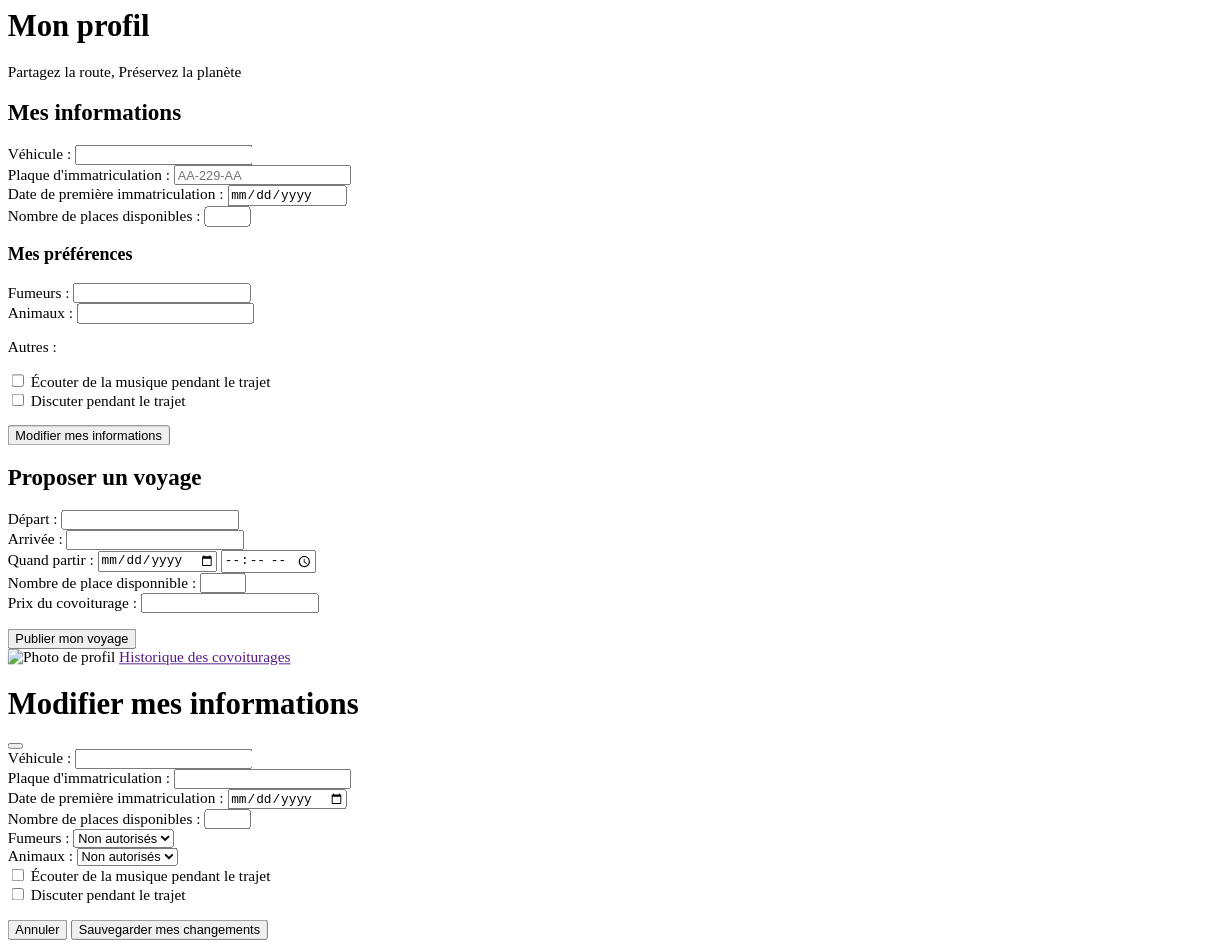
Repository: lemonhao9/ECF
Page: pages/auth/profile.html
An editor plug-in stored every save of this project. The page is shown before and after the next save, followed by the edit.
The browser window is 1280 px wide. The pictures show the whole page, at 96% of full size.

Above is the page before, as saved 2025-02-17 15:42:53.

### pages/auth/profile.html
<div class="hero-scene text-center text-secondary">
    <div class="hero-scene-content">
        <h1>Mon profil</h1>
        <p>Partagez la route, Préservez la planète</p>
    </div>
</div>

<div class="container pt-3 mt-2 mb-2 col-md-6 col-lg-4" data-show="driver passengerDriver">
    <div class="card text-center bg-dark text-light row justify-content-center mb-5">
        <div>
            <h2 class="text-secondary pt-3">Mes informations</h2>
        </div>
        <div>
                <form>
                <div class="p-4">
                    <div class="mb-3 ms-5 d-flex align-items-center justify-content-start">
                        <label for="vehiculeInput" class="form-label text-light me-3">Véhicule :</label>
                        <input type="text" class="form-control w-auto me-3" id="vehiculeInput" readonly>
                    </div>
                    <div class="mb-3 ms-5 me-3 d-flex align-items-center justify-content-start">
                        <label for="plaqueInput" class="form-label text-light">Plaque d'immatriculation :</label>
                        <input type="text" class="form-control w-auto ms-3" id="plaqueInput" placeholder="AA-229-AA" readonly>
                    </div>
                    <div class="mb-3 ms-5 d-flex align-items-center justify-content-start">
                        <label for="dateImmatInput" class="form-label text-light">Date de première immatriculation :</label>
                        <input type="date" class="form-control w-auto ms-3" id="dateImmatInput" readonly>
                    </div>
                    <div class="mb-3 ms-5 d-flex align-items-center justify-content-start">
                        <label for="placesDispInput" class="form-label text-light">Nombre de places disponibles :</label>
                        <input type="number" class="form-control w-auto ms-3" id="placesDispInput" min="1" max="5" readonly>
                    </div>
                </div>
                    <div>
                        <h3 class="text-secondary">Mes préférences</h3>
                    </div>
                    <div class="mb-3 d-flex align-items-center justify-content-center">
                        <label for="fumeursInput" class="form-check-label">Fumeurs :</label>
                        <input type="text" class="form-control w-auto ms-3" id="fumeursInput" readonly>
                    </div>
                    <div class="mb-3 d-flex align-items-center justify-content-center">
                        <label for="animauxInput" class="form-check-label">Animaux :</label>
                        <input type="text" class="form-control w-auto ms-3" id="animauxInput" readonly>
                    </div>
                    <p class="text-secondary">Autres :</p>
                    <div class="mb-3">
                        <input type="checkbox" class="form-check-input" id="musicInput">
                        <label for="musicInput" class="form-check-label">Écouter de la musique pendant le trajet</label>
                    </div>
                    <div class="mb-3">
                        <input type="checkbox" class="form-check-input" id="speakInput">
                        <label for="speakInput" class="form-check-label">Discuter pendant le trajet</label>
                    </div>
                  </form>
            <!--Bouton qui déclenche une modal pour modifier les informations de l'utilisateur-->
            <div class="pb-3">
                <button class="btn btn-secondary" data-bs-toggle="modal" data-bs-target="#editmodal">Modifier mes informations</button>
            </div>
        </div>
    </div>
</div>
<div class="container p-4 mb-4 col-md-6 col-lg-4" data-show="driver  passengerDriver">
    <div  class="card text-center bg-dark text-light row justify-content-center mb-5">
        <h2 class="text-secondary pt-3"> Proposer un voyage</h2>
        <form>
            <div class="mb-3  d-flex align-items-center justify-content-center">
                <label for="departInfoInput" class="form-label text-light">Départ :</label>
                <input type="text" class="form-control w-auto ms-3" id="departInfoInput">
            </div>
            <div class="mb-3 d-flex align-items-center justify-content-center">
                <label for="arriveeInfoInput" class="form-label text-light">Arrivée :</label>
                <input type="text" class="form-control w-auto ms-3" id="arriveeInfoInput">
            </div>
            <div class="mb-3 d-flex align-items-center justify-content-center">
                <label for="dateDepartInput" class="form-label text-light">Quand partir :</label>
                <input type="date"class="form-control w-auto ms-3" id="dateDepartInput">
                <input type="time"class="form-control w-auto ms-3" id="dateDepartInput">
            </div>
            <div class="mb-3 d-flex align-items-center justify-content-center">
                <label for="placeDispoInput" class="form-label text-light">Nombre de place disponnible :</label>
                <input type="number" class="form-control w-auto ms-3" id="placeDispoInput" min="1" max="5">
            </div>
            <div class="mb-3 d-flex align-items-center justify-content-center">
                <label for="prixInput" class="form-label text-light">Prix du covoiturage :</label>
                <input type="number" class="form-control w-auto ms-3" id="prixInput" min="2">
            </div>
        </form>
        <div class="pb-3">
            <button class="btn btn-secondary ">Publier mon voyage</button>
        </div>
    </div>
</div>

<aside>
    <div>
        <img src="" alt="Photo de profil">
        <a href="">Historique des covoiturages</a>
    </div>
</aside>

<!--La modal-->
<div class="modal fade" id="editmodal" data-bs-backdrop="static" data-bs-keyboard="false" tabindex="-1" aria-labelledby="staticBackdropLabel" aria-hidden="true">
    <div class="modal-dialog">
      <div class="modal-content bg-black">
        <div class="modal-header">
          <h1 class="modal-title fs-5 text-secondary" id="staticBackdropLabel">Modifier mes informations</h1>
          <button type="button" class="btn-close" data-bs-dismiss="modal" aria-label="Close"></button>
        </div>
        <div class="modal-body">
          <form>
            <div class="mb-3 d-flex align-items-center justify-content-center">
                <label for="editVehiculeInput" class="form-label text-light">Véhicule :</label>
                <input type="text" class="form-control w-50 ms-3" id="editVehiculeInput">
            </div>
            <div class="mb-3 d-flex align-items-center justify-content-center">
                <label for="editPlaqueInput" class="form-label text-light">Plaque d'immatriculation :</label>
                <input type="text" class="form-control w-25 ms-3" id="editPlaqueInput">
            </div>
            <div class="mb-3 d-flex align-items-center justify-content-center">
                <label for="editDateImmatInput" class="form-label text-light">Date de première immatriculation :</label>
                <input type="date" class="form-control w-25 ms-3" id="editDateImmatInput">
            </div>
            <div class="mb-3 d-flex align-items-center justify-content-center">
                <label for="editPlacesDispInput" class="form-label text-light">Nombre de places disponibles :</label>
                <input type="number" class="form-control w-25 ms-3" id="editPlacesDispInput" min="1" max="5">
            </div>
            <div class="mb-3 d-flex align-items-center justify-content-center">
                <label for="editFumeursInput" class="form-check-label text-light me-3">Fumeurs :</label>
                        <select name="fumeurs" id="editFumeursInput">
                            <option value="smokeBanned" >Non autorisés</option>
                            <option value="smokeAuthorised">Autorisés</option>
                        </select>
            </div>
            <div class="mb-3 d-flex align-items-center justify-content-center">
                <label for="editAnimauxInput" class="form-check-label text-light me-3">Animaux :</label>
                        <select name="animaux" id="editAnimauxInput">
                            <option value="anxBanned" >Non autorisés</option>
                            <option value="anxAuthorised">Autorisés</option>
                        </select>
            </div>
            <div class="mb-3">
                <input type="checkbox" class="form-check-input" id="editMusicInput">
                <label for="editMusicInput" class="form-check-label text-light">Écouter de la musique pendant le trajet</label>
            </div>
            <div class="mb-3">
                <input type="checkbox" class="form-check-input" id="editSpeakInput">
                <label for="editSpeakInput" class="form-check-label text-light">Discuter pendant le trajet</label>
            </div>
          </form>
        </div>
        <div class="modal-footer">
          <button type="button" class="btn btn-secondary" data-bs-dismiss="modal">Annuler</button>
          <button type="button" class="btn btn-primary" id="saveInfo">Sauvegarder mes changements</button>
        </div>
      </div>
    </div>
</div>

After the next save:
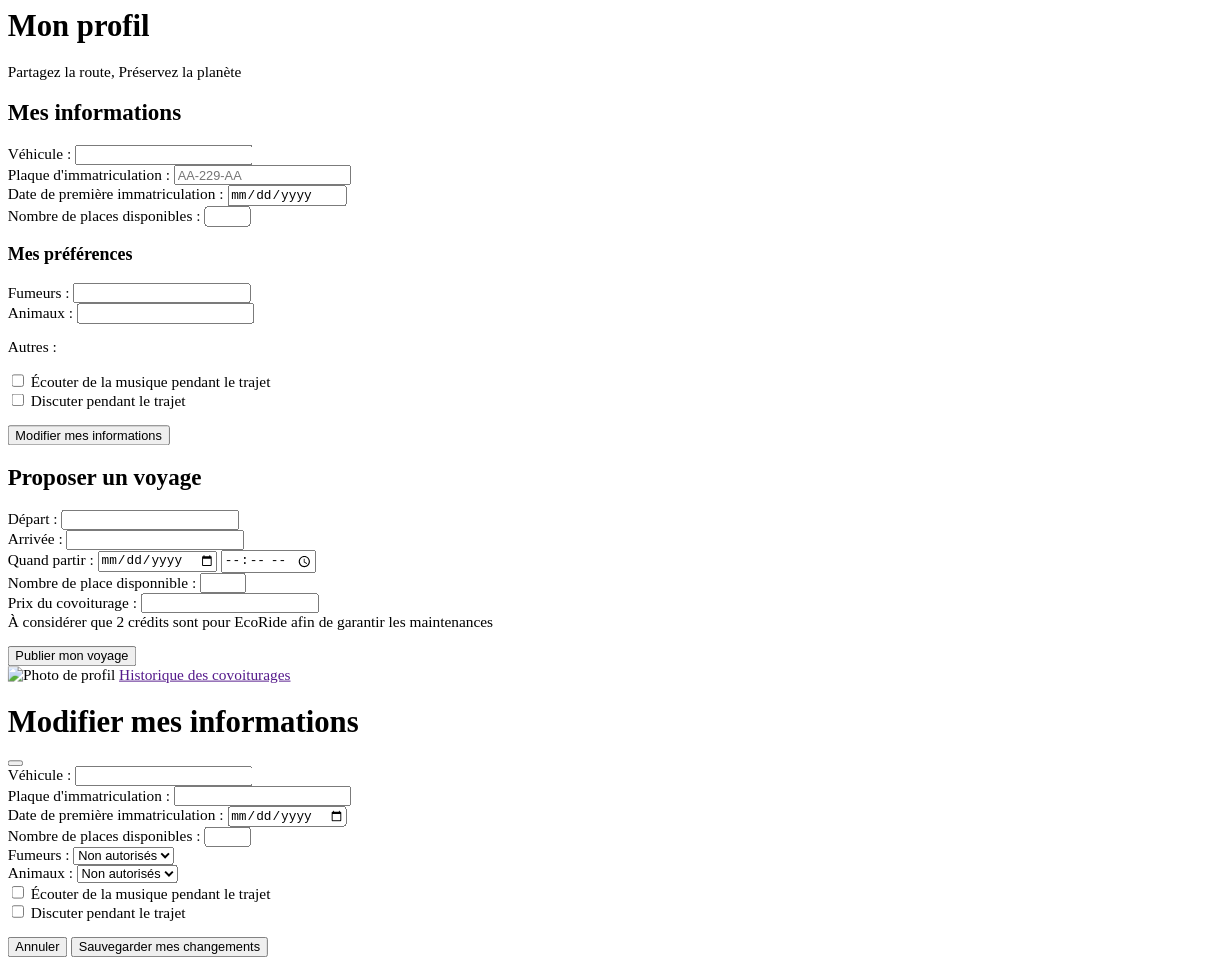
Saved 3 min 31 s later.
--- a/pages/auth/profile.html
+++ b/pages/auth/profile.html
@@ -81,7 +81,8 @@
             </div>
             <div class="mb-3 d-flex align-items-center justify-content-center">
                 <label for="prixInput" class="form-label text-light">Prix du covoiturage :</label>
-                <input type="number" class="form-control w-auto ms-3" id="prixInput" min="2">
+                <input type="number" class="form-control w-auto ms-3" id="prixInput" min="2" aria-describedby="creditsInfo">
+                <div id="creditsInfo"class="form-text">À considérer que 2 crédits sont pour EcoRide afin de garantir les maintenances</div>
             </div>
         </form>
         <div class="pb-3">
